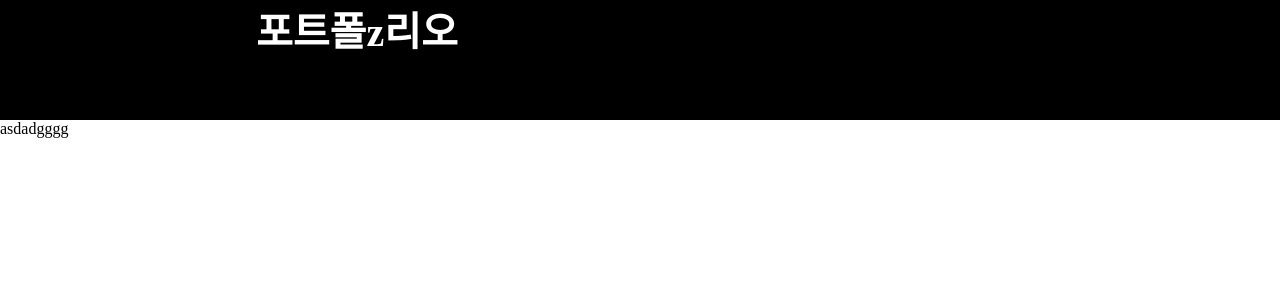
Repository: ItChoi/CSS-Study
Page: Css/WebContent/html/boostcourse/project-A1/portfolio.html
The author's editor kept a copy of each file at every save. The page is drawn from the files as they stood at one save, then again after the next save.
The browser window is 1280 px wide. The pictures show the whole page.

Above is the page before, as saved 2019-06-17 12:09:09.

### Css/WebContent/html/boostcourse/project-A1/portfolio.html
<!DOCTYPE html>
<html>
<head>
	<link href="../../../css/boostcourse/project-A1/portfolio.css" rel="stylesheet" type="text/css">

</head>
<body>
	<div class="wrap">

		<div class="header">

		</div>

		<div class="content">

			<div class="con_header">
				<span class="title">포트폴z리오</span>
			</div>

			<div class="con_content">


			</div>

		</div>

		<div class="footer">
		asdadgggg
		</div>


	</div>

</body>
</html>

### Css/WebContent/css/boostcourse/project-A1/portfolio.css
html, body, .wrap {
	margin: 0px;
	padding: 0px;
}

.header {
	width: 100%;
	height: 120px;
	background: #000;

	position: relative;

}

.content {
	position: absolute;
	top: 0;
	left: 20%;
	right: 20%;
}

.con_header {
	width: 1000px;
	height: 120px;
}

.title {
	color: white;
	font-size: 40px;
	font-weight: bold;
}

After the next save:
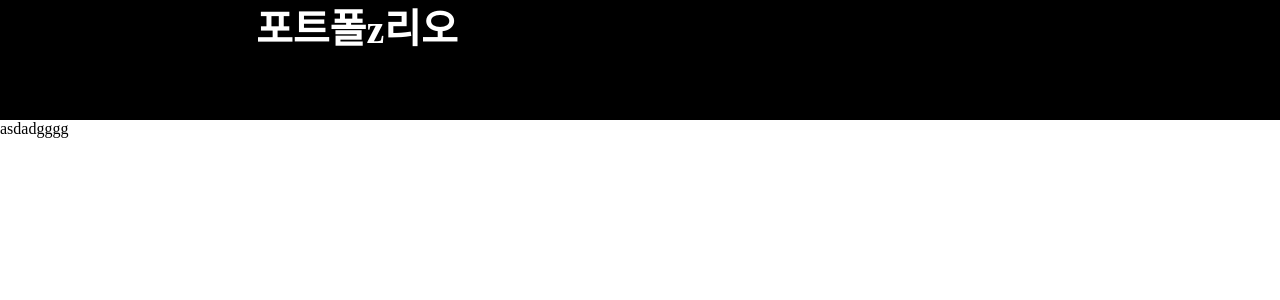
Saved 6 s later.
--- a/Css/WebContent/css/boostcourse/project-A1/portfolio.css
+++ b/Css/WebContent/css/boostcourse/project-A1/portfolio.css
@@ -28,4 +28,5 @@ html, body, .wrap {
 	color: white;
 	font-size: 40px;
 	font-weight: bold;
+	line-height: 60px;
 }
